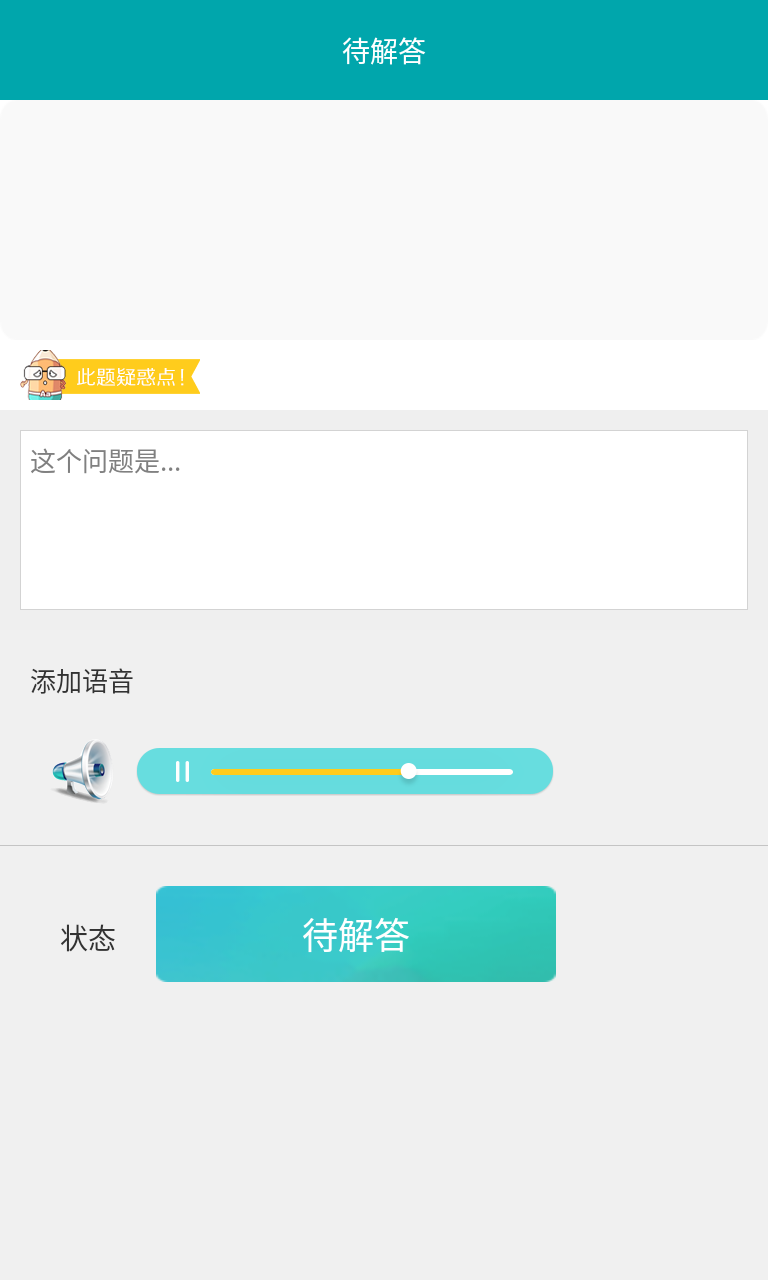
Repository: 2015-Forever/JWD
Layout: Jwd/res/layout/activity_un_answer.xml
The author's editor kept a copy of each file at every save. The layout is drawn from the files as they stood at one save, then again after the next save.
It is drawn on a 768 x 1280 px phone screen (xhdpi) without system bars, with theme AppTheme; the app's code is not run.

Above is the layout before, as saved 2015-07-16 06:14:13.

After the next save:
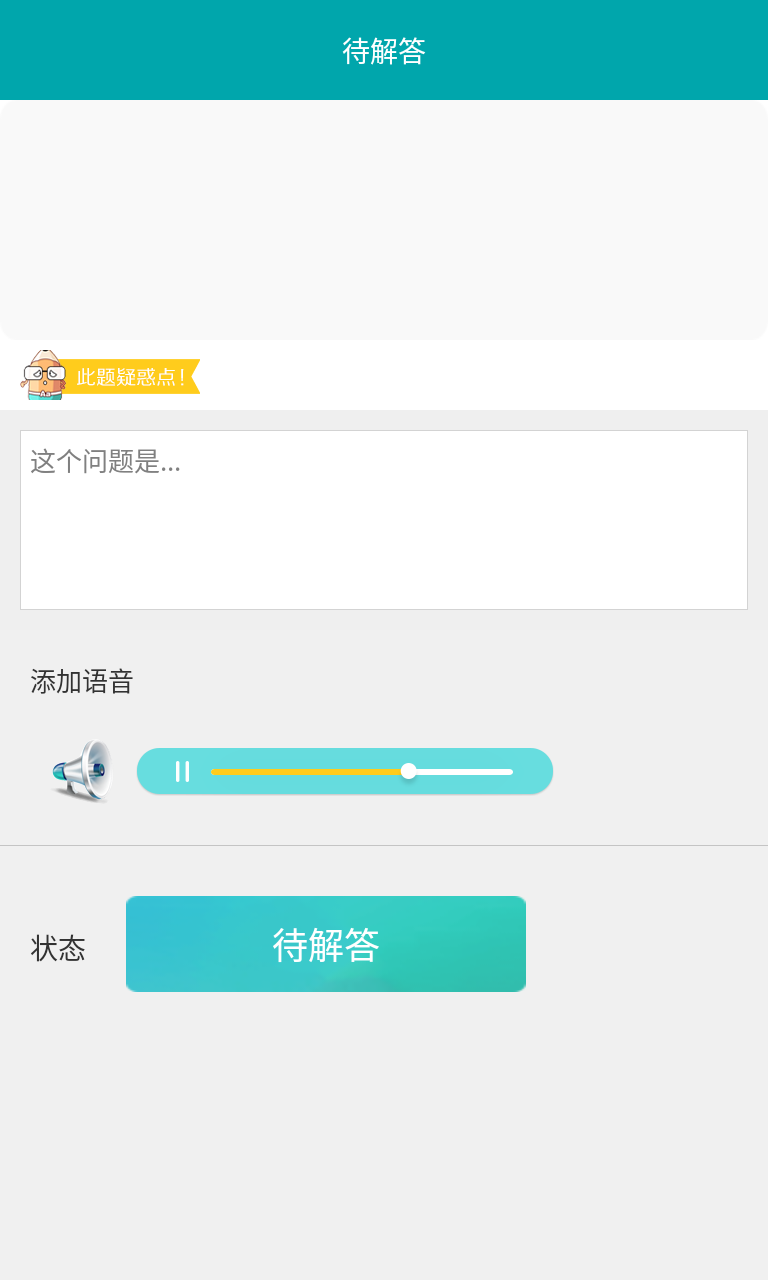
Saved 77 s later.
--- a/Jwd/res/layout/activity_un_answer.xml
+++ b/Jwd/res/layout/activity_un_answer.xml
@@ -103,15 +103,14 @@
         <LinearLayout
             android:layout_width="match_parent"
             android:layout_height="0dp"
-            android:layout_marginLeft="30dp"
-            android:layout_marginRight="30dp"
             android:layout_weight="1"
             android:orientation="horizontal"
-            android:paddingTop="20dp" >
+            android:paddingTop="25dp" >
 
             <TextView
                 android:layout_width="wrap_content"
                 android:layout_height="wrap_content"
+                android:layout_marginLeft="15dp"
                 android:text="状态" />
 
             <Button
